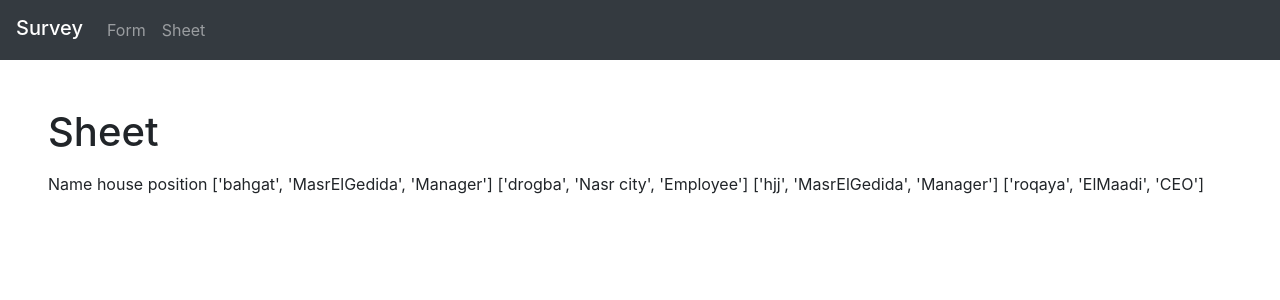
Repository: bahgaat/cs50
Page: http://localhost/sheet
The author's editor kept a record of every edit. The page is drawn from the files as they stood at one moment, then again after the next edit.
The browser window is 1280 px wide. The pictures show the whole page.
The page is served by the project's application, run on Flask 3 (pset7/survey/application.py).

Above is the page before.

After the next edit:
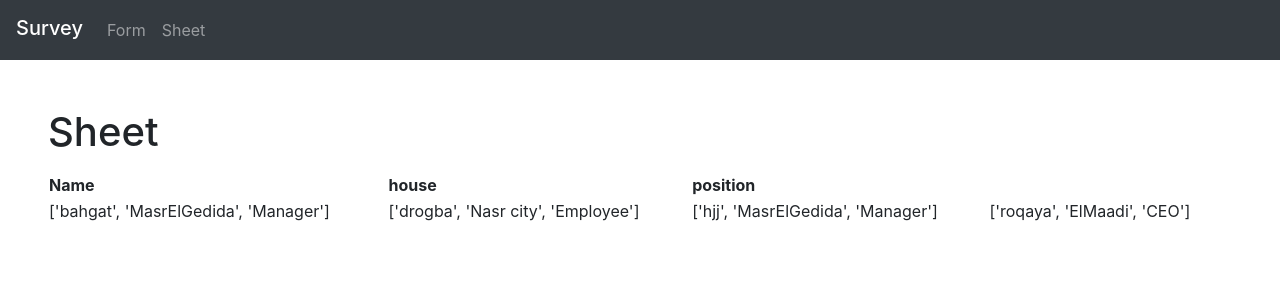
The edit:
--- a/environment/pset7/survey/templates/table.html
+++ b/environment/pset7/survey/templates/table.html
@@ -2,7 +2,8 @@
 {% block main %}
 
 <h1 class="mb-3">Sheet</h1>
-       <tr style="width:100%" >
+       <table style="width:100%" >
+       <tr>
            <th>Name</th>
            <th>house</th>
            <th>position</th>
